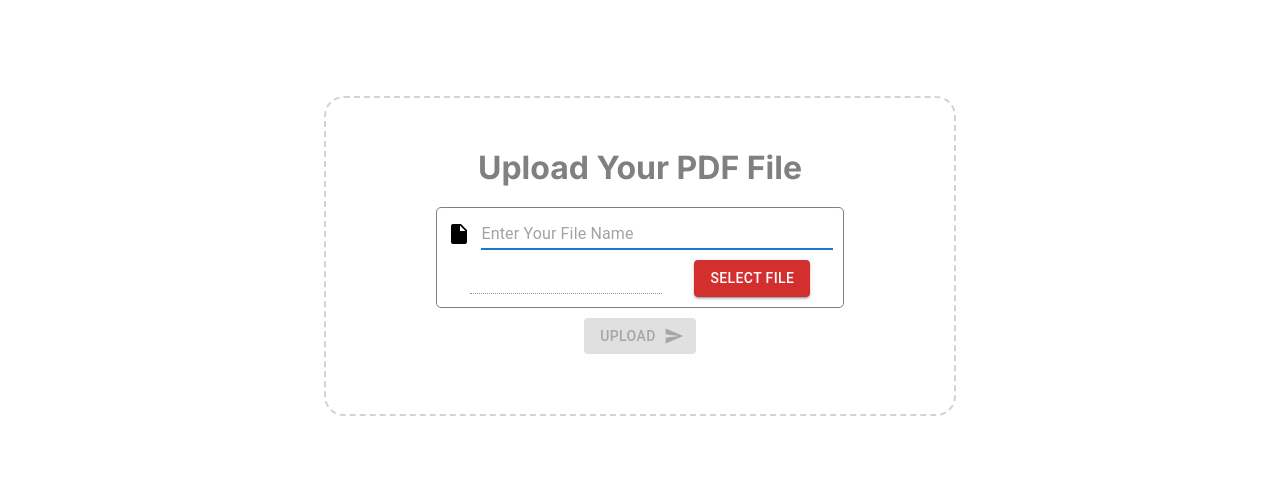
Repository: BhushanPatil-121/pdf-upload-nextjs
Page: /
These files come from the project's save history. The page is drawn as it stood at one moment and after the next save; the edit follows.
The browser window is 1280 px wide. The pictures show the whole page.
The project was rebuilt for these pictures with package versions that can differ from the ones it lists, and the page was loaded fresh each time. The framework's server and built-in components were replaced by stand-ins that run in the browser. Also part of the build but not shown: next.config.mjs.

Above is the page before, as saved 2024-02-29 11:11:24.

After the next save:
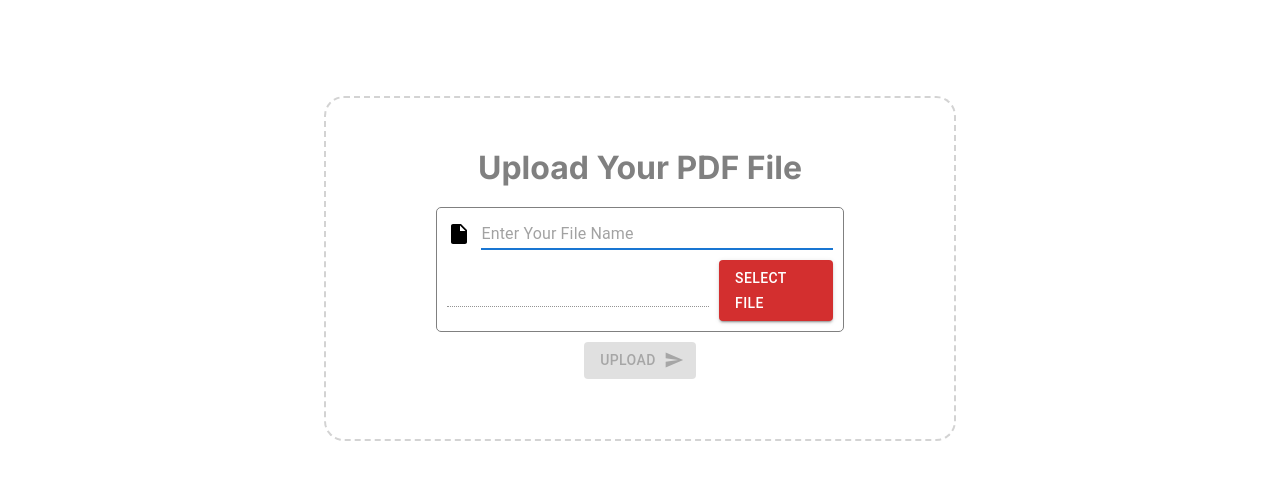
Saved 16 s later.
--- a/src/app/page.tsx
+++ b/src/app/page.tsx
@@ -63,7 +63,7 @@ export default function Home() {
               </Box>
             </div>
             <div className={styles.mainFormSubContainer2}>
-              <Box sx={{width:'50%'}}>
+              <Box sx={{width:'70%'}}>
               <TextField
                 id="standard-multiline-static"
                 multiline
